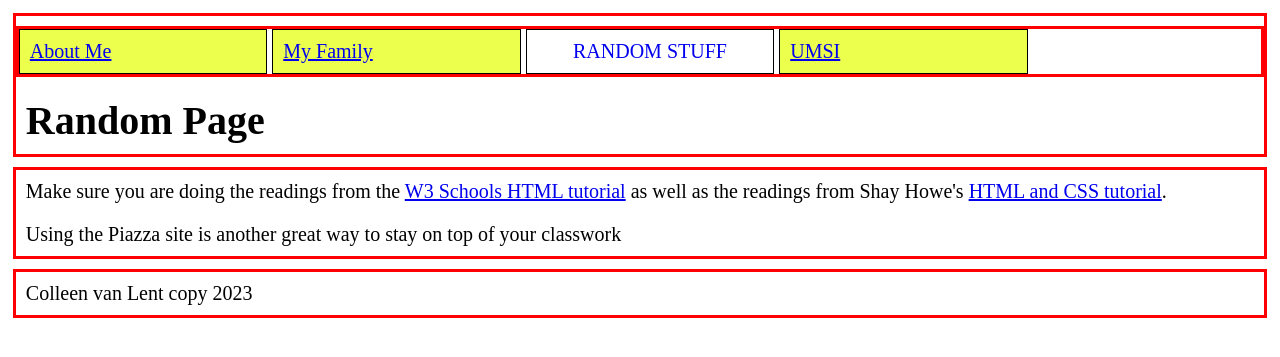
Repository: lulyany/hw1-2023
Page: random.html
An editor plug-in stored every save of this project. The page is shown before and after a run of saves, followed by the edit.
The browser window is 1280 px wide. The pictures show the whole page.

Above is the page before, as saved 2023-09-04 21:02:30.

After the next 2 saves:
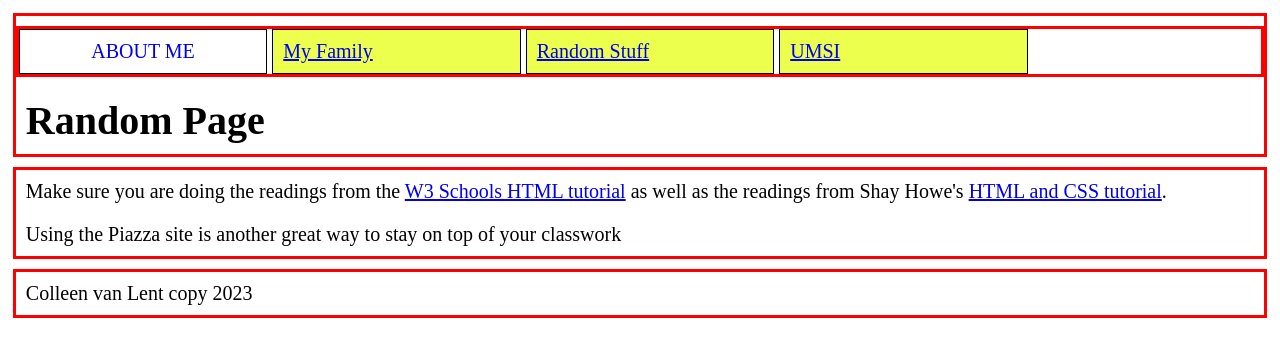
The 2 saves are shown as one change because they came seconds apart.
The last was saved 20 s later.
--- a/random.html
+++ b/random.html
@@ -16,9 +16,9 @@
 	<header>
 		<nav>
 			<ul>
-				<li><a href="index.html">About Me</a></li>
+				<li class="active"><a href="index.html">About Me</a></li>
 				<li><a href="family.html">My Family</a></li>
-				<li class="active"><a href="random.html">Random Stuff</a></li>
+				<li><a href="random.html">Random Stuff</a></li>
 				<li><a href="http://www.si.umich.edu">UMSI</a> </li>
 			</ul>
 		</nav>
